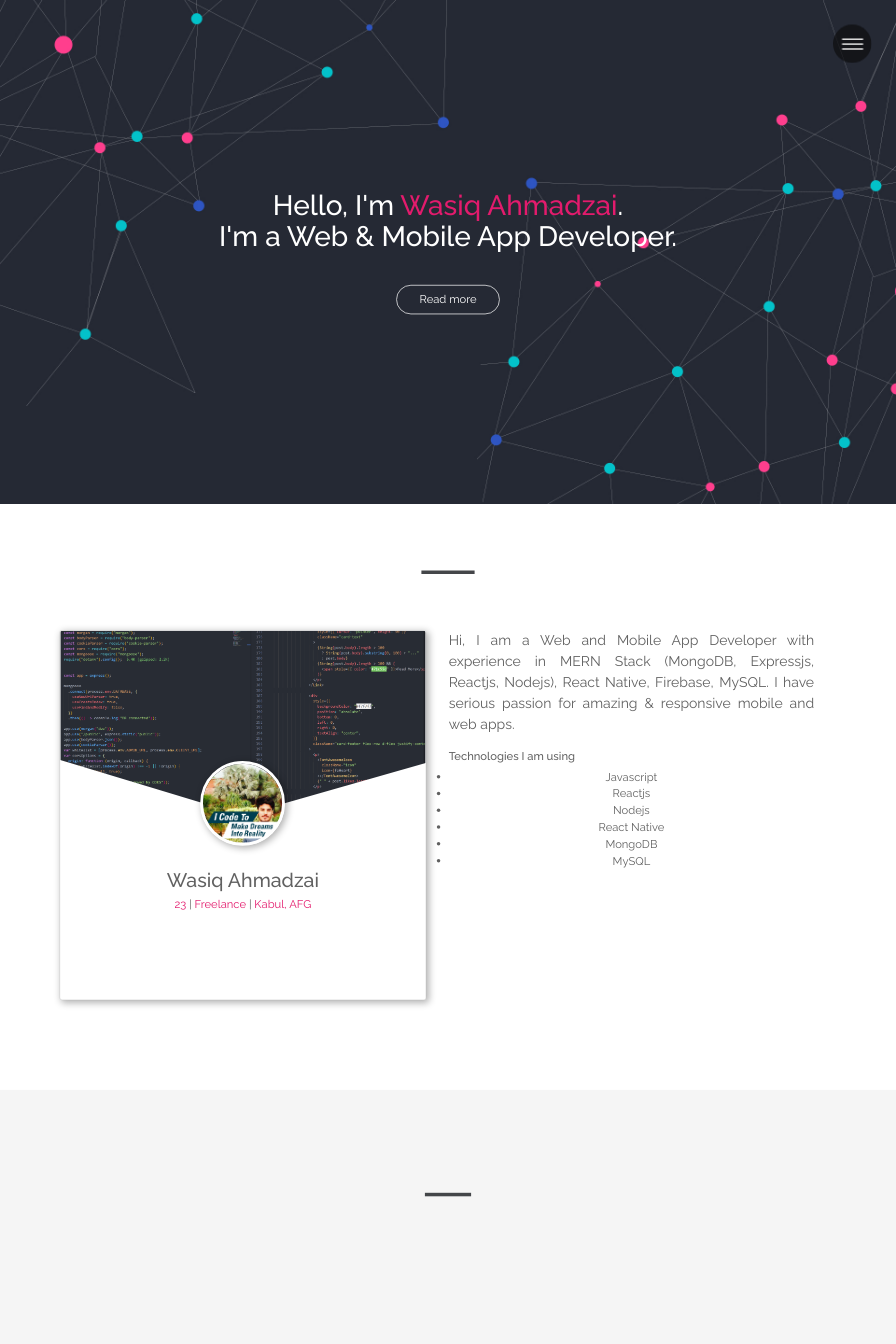
Repository: wasiqkhan/wasiqkhan.github.io
Page: index.html
These files come from the project's save history. The page is drawn as it stood at one moment and after the next save; the edit follows.
The browser window is 1280 px wide. The pictures show the part of the page from y = 0 to 1920 px (the page is 5002 px tall), at 70% of full size.
Some web fonts or font styles are not loaded; a fallback is used.

Above is the page before, as saved 2020-11-06 17:23:56.
Not found: js/all.js
Not found: js/app.js
Not found: js/particles.js

After the next save:
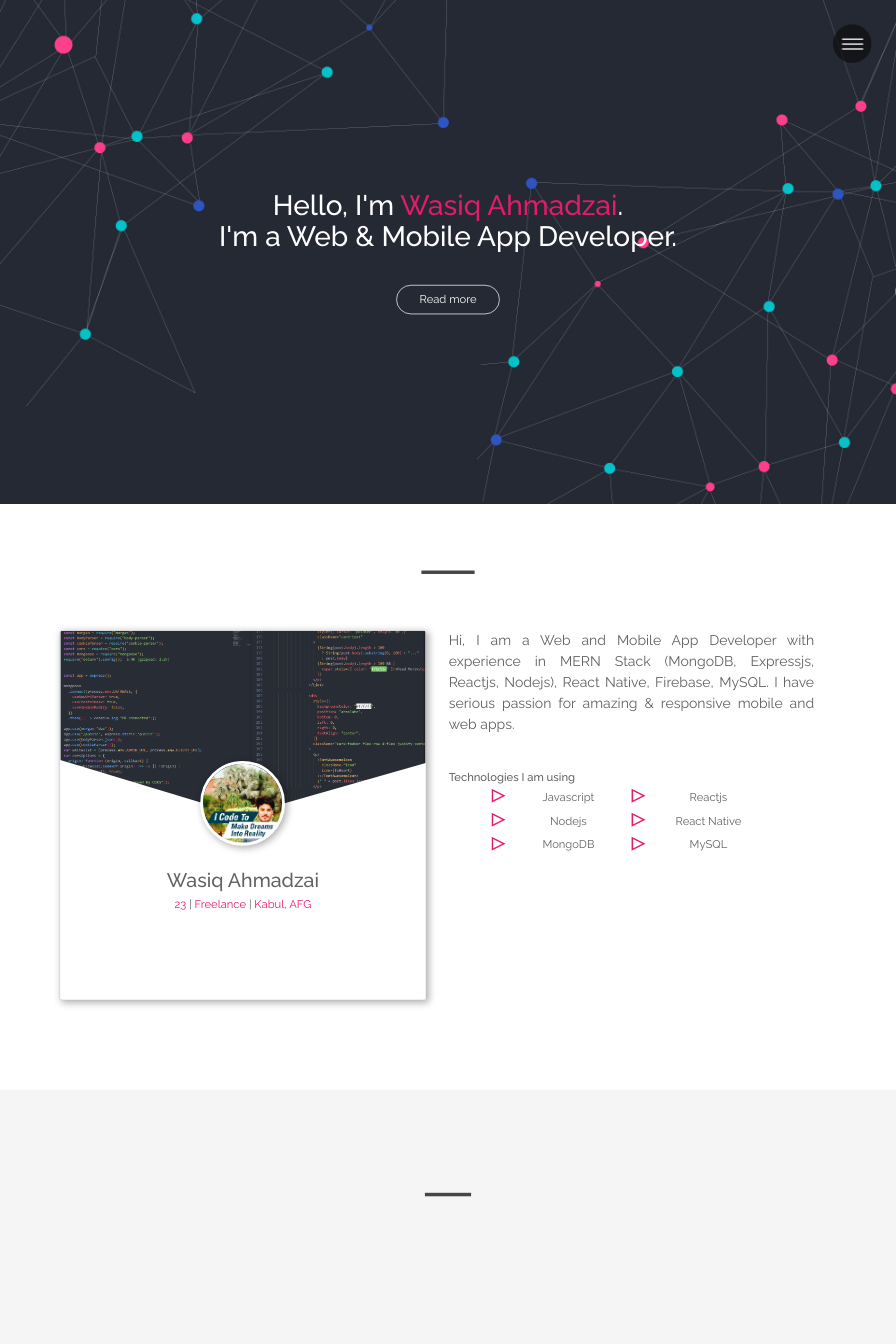
Saved 4 s later.
--- a/css/style.css
+++ b/css/style.css
@@ -461,7 +461,7 @@ a {
   margin: 50px;
   flex-direction: column;
 }
-.skill-group {
+.skill-set {
   display: grid;
   grid-template-columns: repeat(2, minmax(140px, 200px));
   padding: 0px;
@@ -469,12 +469,12 @@ a {
   overflow: hidden;
   list-style: none;
 }
-.skill-group li {
+.skill-set li {
   position: relative;
   margin-bottom: 10px;
   padding-left: 20px;
 }
-.skill-group li::before {
+.skill-set li::before {
   content: "▹";
   position: absolute;
   left: 0px;
